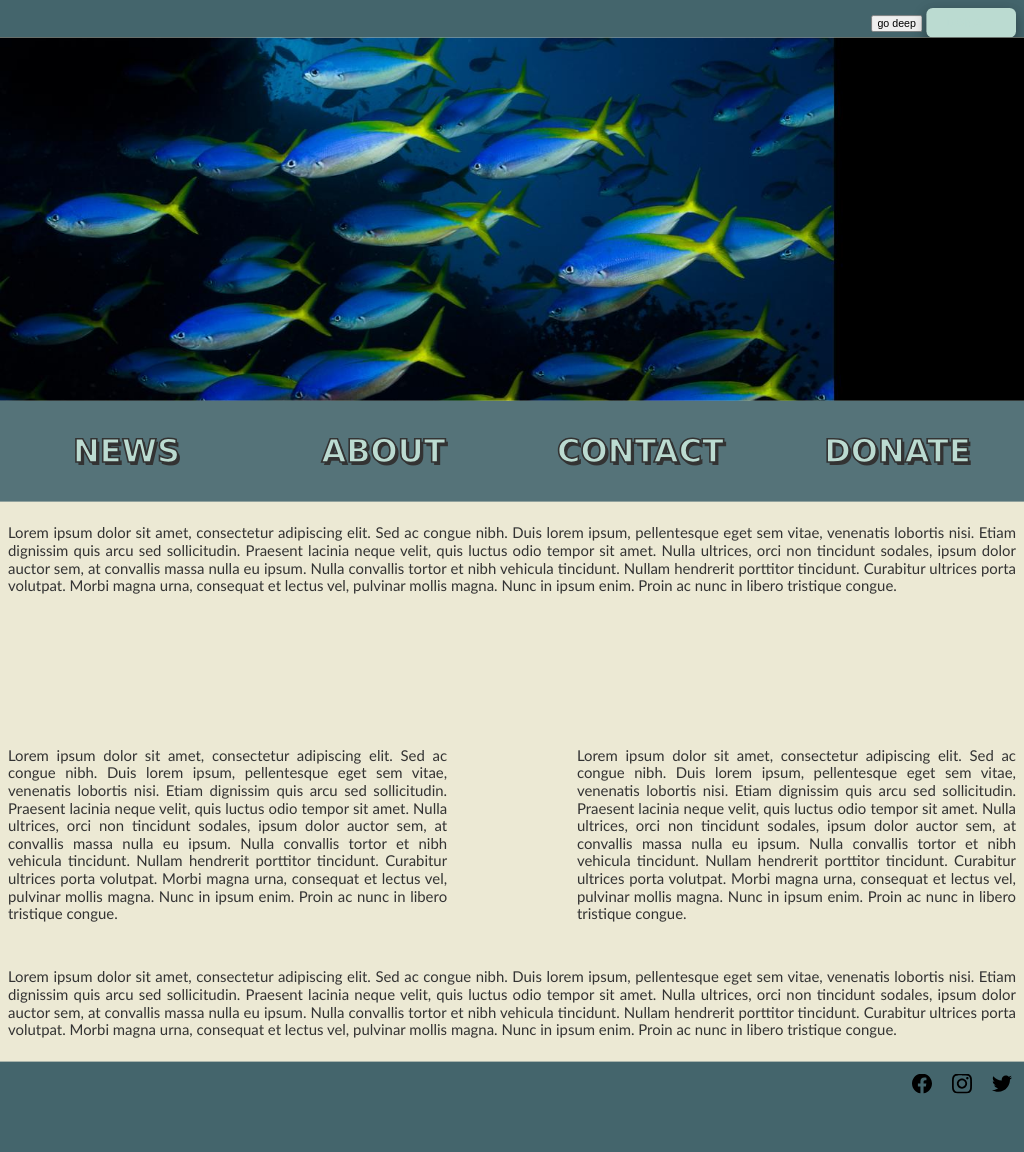
Repository: Jehmess/TeamProject
Page: index.html
These files come from the project's save history. The page is drawn as it stood at one moment and after the next save; the edit follows.
The browser window is 1280 px wide. The pictures show the whole page, at 80% of full size.
After loading, the first visible `#deepSea` was clicked once.

Above is the page before, as saved 2020-11-26 15:33:00.

### index.html
<!DOCTYPE html>
<html lang="en">

  <head>
    <meta charset="UTF-8" />
    <meta name="viewport" content="width=device-width, initial-scale=1.0" />

    <!-- CSS LINK -->
    <link rel="stylesheet" href="main.css">
    <!-- Script JS Page -->
    <script src="scripts.js"></script>

    <link rel="icon" type="image/png" href="images/favicon1.png">
    <title>Save The Ocean</title>
  </head>

  <body>
    <div class="grid-container">
      <div class="topHead">
        <button id="deepSea"onclick='deepSea();'>go deep</button>
        <button class="donatebutton"><a href="donate.html" title="Donate Today!">Donate</a></button>
      </div>

      <div class="headingImg"> <!-- CSS effects needs altering -->
        <div id="banner" class='banner'></div>
      </div>

      <div class="navBar">
          <div class="nav1">
            <p>News</p>
          </div>
          <div class="nav2">
            <p><a href="#aboutUs">About</a></p>
          </div>
          <div class="nav3">
            <p>Contact</p>
          </div>
          <div class="nav4">
            <p><a href="donate.html">Donate</a></p>
          </div>
      </div>
      <!-- TODO Create main section -->
      <!-- TODO Create One long -->
      <!-- TODO create 2 small  -->
      <!-- TODO Create One long -->
      <!-- hello -->

      <div class="main">
        <div class="overview">
          <p>
            Lorem ipsum dolor sit amet, consectetur adipiscing elit. Sed ac congue nibh. Duis lorem ipsum, pellentesque eget sem vitae, venenatis lobortis nisi.
            Etiam dignissim quis arcu sed sollicitudin. Praesent lacinia neque velit, quis luctus odio tempor sit amet. Nulla ultrices, orci non tincidunt sodales,
            ipsum dolor auctor sem, at convallis massa nulla eu ipsum. Nulla convallis tortor et nibh vehicula tincidunt. Nullam hendrerit porttitor tincidunt.
            Curabitur ultrices porta volutpat. Morbi magna urna, consequat et lectus vel, pulvinar mollis magna. Nunc in ipsum enim. Proin ac nunc in libero tristique congue.
          </p>
        </div>

        <div class="articles">
          <p>
            Lorem ipsum dolor sit amet, consectetur adipiscing elit. Sed ac congue nibh. Duis lorem ipsum, pellentesque eget sem vitae, venenatis lobortis nisi.
            Etiam dignissim quis arcu sed sollicitudin. Praesent lacinia neque velit, quis luctus odio tempor sit amet. Nulla ultrices, orci non tincidunt sodales,
            ipsum dolor auctor sem, at convallis massa nulla eu ipsum. Nulla convallis tortor et nibh vehicula tincidunt. Nullam hendrerit porttitor tincidunt.
            Curabitur ultrices porta volutpat. Morbi magna urna, consequat et lectus vel, pulvinar mollis magna. Nunc in ipsum enim. Proin ac nunc in libero tristique congue.
          </p>
        </div>

        <div class="aboutUs" id="aboutUs">
          <p>
            Lorem ipsum dolor sit amet, consectetur adipiscing elit. Sed ac congue nibh. Duis lorem ipsum, pellentesque eget sem vitae, venenatis lobortis nisi.
            Etiam dignissim quis arcu sed sollicitudin. Praesent lacinia neque velit, quis luctus odio tempor sit amet. Nulla ultrices, orci non tincidunt sodales,
            ipsum dolor auctor sem, at convallis massa nulla eu ipsum. Nulla convallis tortor et nibh vehicula tincidunt. Nullam hendrerit porttitor tincidunt.
            Curabitur ultrices porta volutpat. Morbi magna urna, consequat et lectus vel, pulvinar mollis magna. Nunc in ipsum enim. Proin ac nunc in libero tristique congue.
          </p>
        </div>

        <div class="filler"></div><!--DO NOT USE-->

        <div class="donate">
          <p>
            Lorem ipsum dolor sit amet, consectetur adipiscing elit. Sed ac congue nibh. Duis lorem ipsum, pellentesque eget sem vitae, venenatis lobortis nisi.
            Etiam dignissim quis arcu sed sollicitudin. Praesent lacinia neque velit, quis luctus odio tempor sit amet. Nulla ultrices, orci non tincidunt sodales,
            ipsum dolor auctor sem, at convallis massa nulla eu ipsum. Nulla convallis tortor et nibh vehicula tincidunt. Nullam hendrerit porttitor tincidunt.
            Curabitur ultrices porta volutpat. Morbi magna urna, consequat et lectus vel, pulvinar mollis magna. Nunc in ipsum enim. Proin ac nunc in libero tristique congue.
          </p>
        </div>
      </div>
      <div class="footer">
        <div class="socialmedia">
          <a href="https://www.facebook.com/"><img src="images/facebook.svg" alt="Facebook" title="Facebook"></a>
          <a href="https://www.instagram.com/"><img src="images/instagram.svg" alt="Instagram" title="Instagram"></a>
          <a href="https://twitter.com"><img src="images/twitter.svg" alt="Twitter" title="Twitter"></a>
        </div>
      </div>
    </div>
  </body>
</html>

### main.css
body{
  background: var(--lm-body);
  color: var(--lm-default) ;
  font-family: Calibri,Candara,Segoe,Segoe UI,Optima,Arial,sans-serif;
  font-size: 14pt;
  margin: 0;
  width: 100%;
}

a {
  text-decoration: none;
}

:root {
  /* LIGHT MODE BACKGROUNDS */
  --lm-body: #ECE9D4;
  --lm-header: #44656C;
  --lm-nav: #557379;
  --lm-footer: #44656C;


  /* DARK MODE BACKGROUNDS */
  --dm-body: #121212;
  --dm-header: #263140;
  --dm-nav: #35515F;
  --dm-footer: #263140;

  /* TEXT */
  --lm-default: #333333;
  --lm-navtxt: #bbdbd1;

  --dm-default: #A6B7BA;

}

/* Main Grid Container */
.grid-container {
  display: grid;
  grid-template-columns: 1fr 1fr 1fr 1fr;
  grid-template-rows: 0.2fr 2fr 0.5fr 2.5fr 0.5fr;
  gap: 0px 0px;
  grid-template-areas:
    "topHead topHead topHead topHead"
    "headingImg headingImg headingImg headingImg"
    "navBar navBar navBar navBar"
    "main main main main"
    "footer footer footer footer";
  height: 200vh;
}

/* Top Level header */
.topHead {
  grid-area: topHead;
  background: var(--lm-header);
  color: var(--lm-navtxt);
  text-align: right;
}

.donatebutton {
  display: inline-block;
  background-color: var(--lm-navtxt);
  color: var(--lm-default);
  text-align: center;
  text-decoration: none;
  text-transform: uppercase;
  font-size: 15px;
  font-weight: bold;
  margin-top: 10px;
  margin-right: 10px;
  padding: 10px 25px;
  border: none;
  border-radius: 8px;
  box-shadow: 0 8px 16px 0 rgba(0,0,0,0.2), 0 6px 20px 0 rgba(0,0,0,0.19);
}

.donatebutton:active {
  background-color: var(--lm-navtxt);
  transform: translateY(2px);
}

.donatebutton a, a:link {
  color: var(--lm-default);
}

.donatebutton:hover {
  background-color: #ACD7CC;
  transition: 0.5s;
}


/* Main Image Heading */
.headingImg {
  grid-area: headingImg;
  width: 100%;
  height: 100%;
  background: var(--lm-body);
}

/*.headingImg:hover .banner,
.headingImg:focus .banner {
  transform: scale(1.1);
}*/

.banner {
  width: 100%;
  height: 100%;
  background: url(images/coralreef.jpeg);
  background-repeat: no-repeat;
  background-position: center;
  background-size: cover;
  /*transition: all .5s;*/
}

.darkMode{
  width: 100%;
  height: 100%;
  background: url(images/deepSea.jpg);
  background-repeat: no-repeat;
  background-position: center;
  background-size: cover;
}


/*.banner::before {
  content: "";
  display: none;
  height: 100%;
  width: 100%;
  position: absolute;
  top: 0;
  left: 0;
}*/

/*.headingImg:hover .banner:before,
.headingImg:focus .banner:before {
  display: block;
}*/


/* Navbar Section */
.navBar {
  grid-area: navBar;
  background: var(--lm-nav);
  display: grid;
  grid-template-columns: repeat(4, 1fr);
  grid-template-rows: 1fr;
  gap: 5px;
  grid-template-areas:
  "nav1 nav2 nav3 nav4";

  /* NAVTEXT */
  color: var(--lm-navtxt);
  font-family: Verdana,Geneva,sans-serif;
  font-size: 40px;
  font-weight: bold;
  text-align: center;
  text-transform: uppercase;
  -webkit-text-stroke: 2px #333333;
  text-shadow: 3px 3px #333333;
}
.navBar a, a:link {
  color: var(--lm-navtxt);
}

.nav1{
    grid-area: nav1;
}
.nav2{
    grid-area: nav2;
}
.nav3{
    grid-area: nav3;
}
.nav4{
    grid-area: nav4;
}

/* Main Section */
.main{
  display: grid;
  grid-template-columns: 2fr .5fr 2fr;
  grid-template-rows: 1.5fr 1.5fr .5fr;
  grid-template-areas:
  "overview overview overview"
  "articles filler aboutUs"
  "donate donate donate"
  ;
  grid-area: main;
  width: 100%;
}

.overview{
  grid-area: overview;
  text-align: justify;
  padding: 10px;
}

.articles{
  grid-area: articles;
  text-align: justify;
  padding: 10px;
}

.aboutUs{
  grid-area: aboutUs;
  text-align: justify;
  padding: 10px;
}

.donate{
  grid-area: donate;
  text-align: justify;
  padding: 10px;
}

.filler{
  grid-area: filler;
}


/* Footer Section */
.footer {
  grid-area: footer;
  background: var(--lm-header);
}

.socialmedia {
  color: var(--lm-navtxt);
  text-align: right;
}

.socialmedia img {
  margin-top: 10px;
  margin-right: 10px;
  width: 25px;
  height: 25px;
  padding: 5px;
}


/* For mobile phones: */
@media only screen and (max-width: 600px) {
  body {
      font-size: 12pt;
  }
}

/* For tablets: */
@media only screen and (min-width: 600px) {

}

/* For desktop: */
@media only screen and (min-width: 768px) {

}

### scripts.js
// Deep sea
function deepSea(){
    document.getElementById('banner').classList.add('darkMode')
};

After the next save:
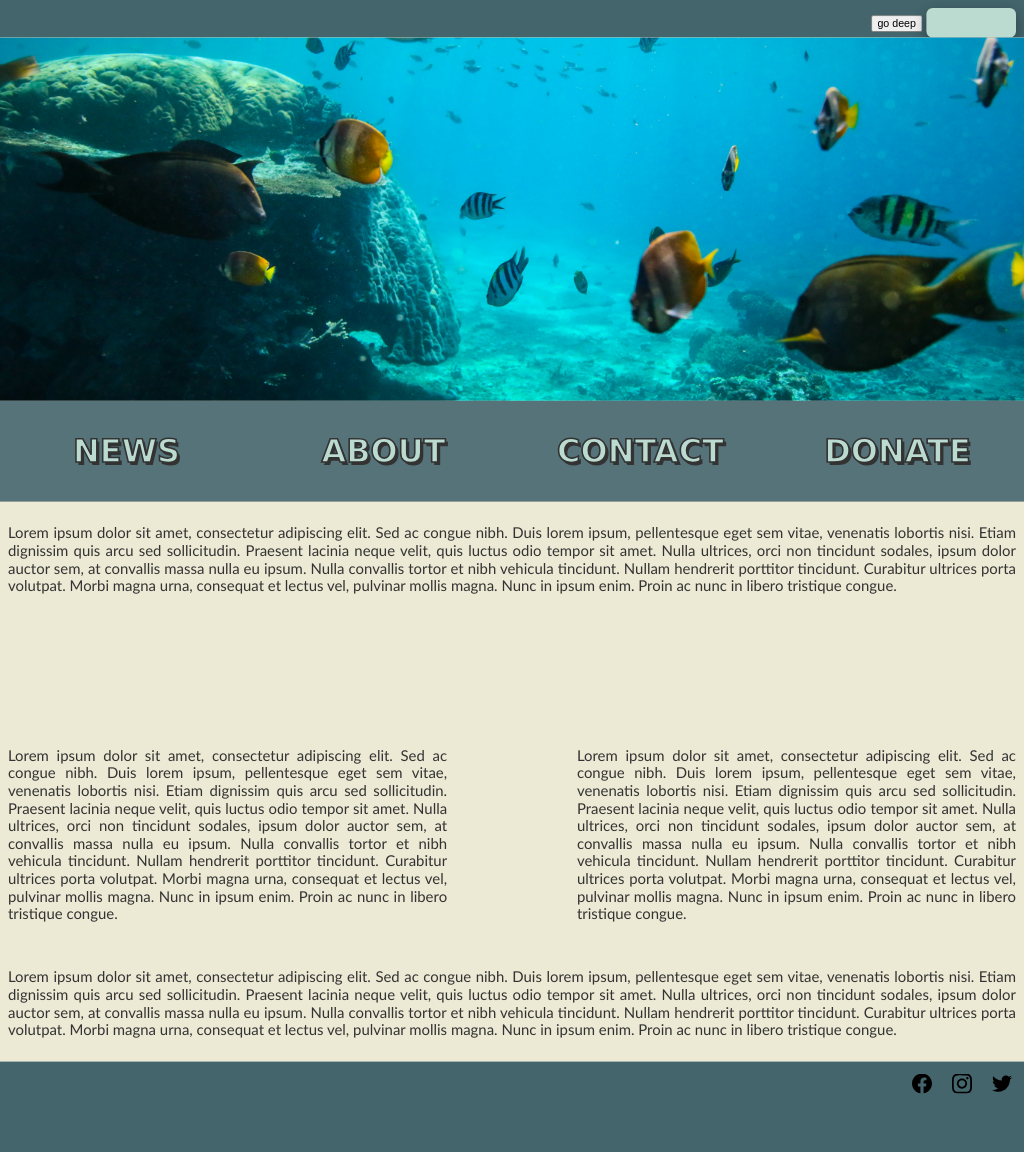
Saved 3 min 15 s later.
--- a/scripts.js
+++ b/scripts.js
@@ -1,4 +1,5 @@
 // Deep sea
 function deepSea(){
     document.getElementById('banner').classList.add('darkMode')
+    document.getElementById('banner').classList.remove('darkMode')
 };

After the save that followed:
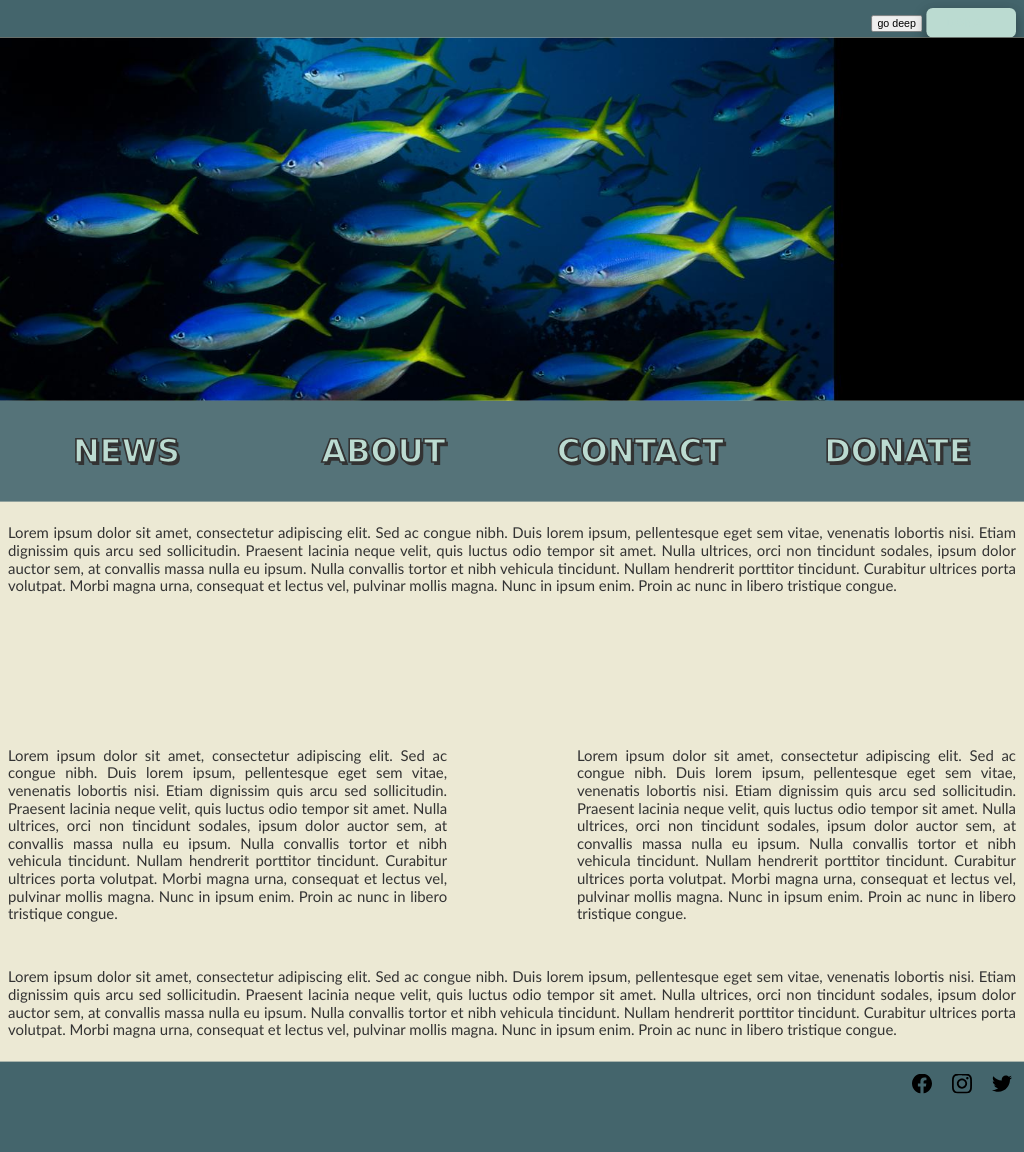
Saved 13 s later.
--- a/scripts.js
+++ b/scripts.js
@@ -1,5 +1,4 @@
 // Deep sea
 function deepSea(){
     document.getElementById('banner').classList.add('darkMode')
-    document.getElementById('banner').classList.remove('darkMode')
 };
